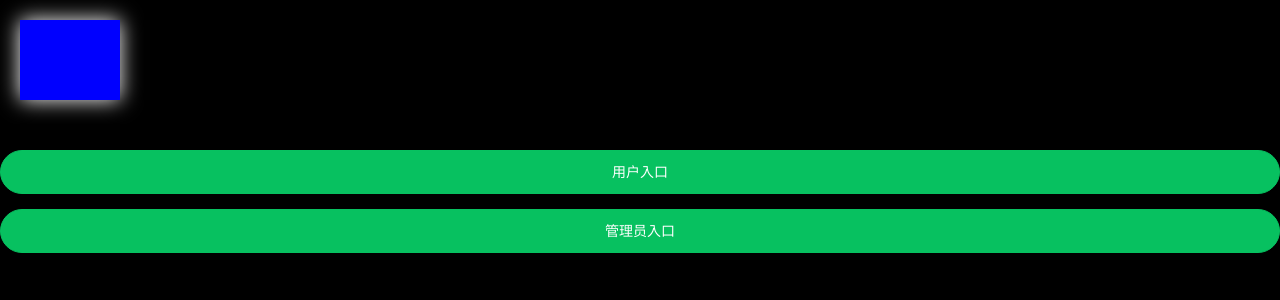
Repository: fisher002/sports
Page: /
An editor plug-in stored every save of this project. The page is shown before and after the next save, followed by the edit.
The browser window is 1280 px wide. The pictures show the whole page.
The project was rebuilt for these pictures with package versions that can differ from the ones it lists, and the page was loaded fresh each time. Also part of the build but not shown: src/components/public/bottom.vue, src/views/mobile-index/indexUrl.js, src/views/mobile-admin/admin-login/loginUrl.js, src/components/public/top.vue, src/views/mobile-index/mobileIndex.vue, src/utils/comUtils.js, src/views/mobile-index/index.vue, src/views/mobile-index/detailcompate.vue and 68 more.

Above is the page before, as saved 2020-05-04 13:41:12.

After the next save:
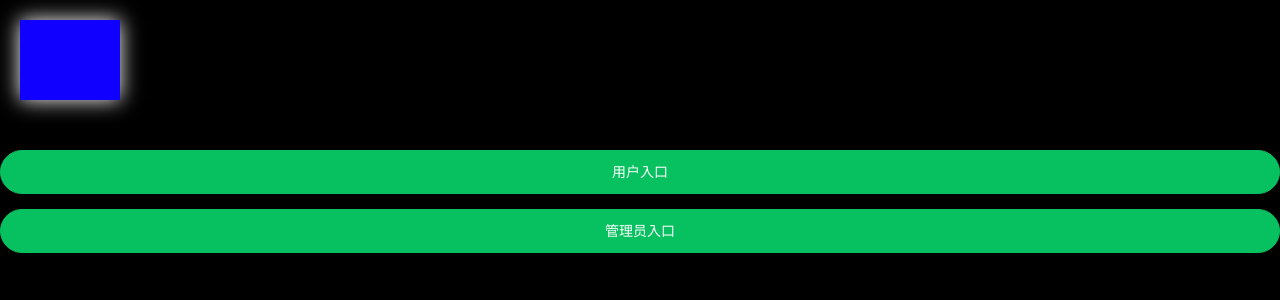
Saved 43 s later.
--- a/src/views/index.vue
+++ b/src/views/index.vue
@@ -29,7 +29,7 @@ export default {
     let ctx = canvas.getContext("2d");
     ctx.shadowBlur = 20;
     ctx.shadowColor = "#ffffff";
-    ctx.fillStyle = "blue";
+    ctx.fillStyle = "#1000ff";
     ctx.fillRect(20, 20, 100, 80);
   },
   methods: {
